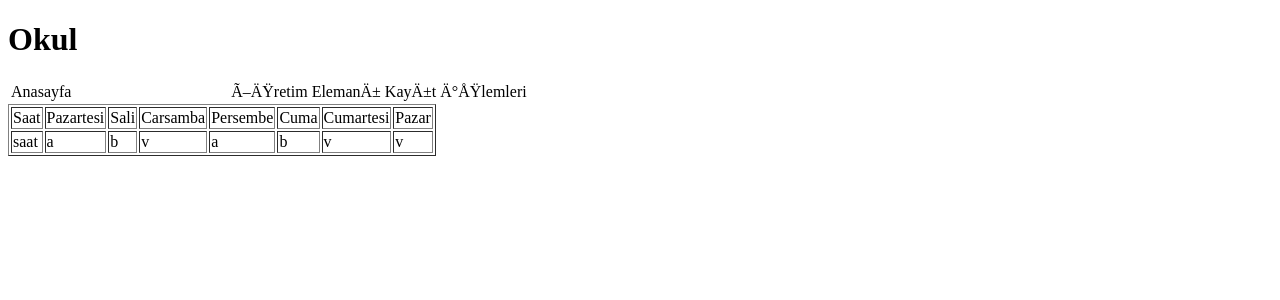
Repository: Egemen-ve-Burakhan-internet-final/final
Page: http://localhost/ogretim/
These files come from the project's save history. The page is drawn as it stood at one moment and after the next save; the edit follows.
The browser window is 1280 px wide. The pictures show the whole page.
The page is served by Tomcat 9.

Above is the page before, as saved 2020-05-25 13:52:40.

After the next save:
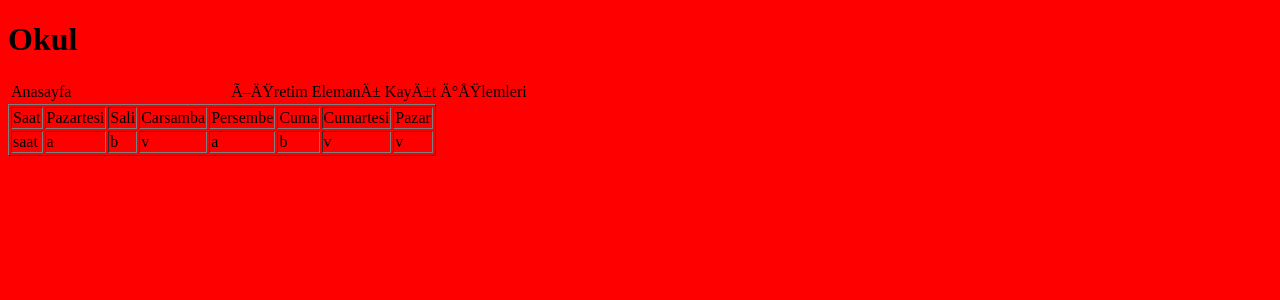
Saved 11 s later.
--- a/okul/ogretim/WebContent/index.jsp
+++ b/okul/ogretim/WebContent/index.jsp
@@ -6,7 +6,7 @@
 <meta charset="ISO-8859-1">
 <title>Insert title here</title>
 </head>
-<body>
+<body bgcolor="red">
 	<div>
 		<div>
 			<h1>Okul</h1>

After the save that followed:
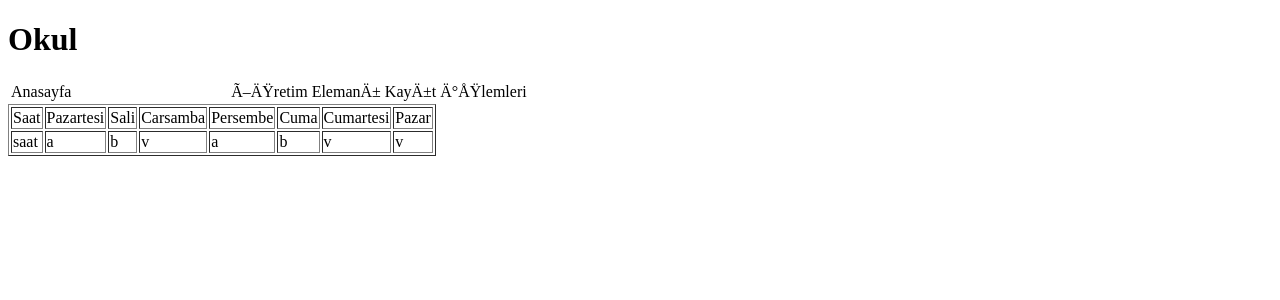
Saved 7 s later.
--- a/okul/ogretim/WebContent/index.jsp
+++ b/okul/ogretim/WebContent/index.jsp
@@ -6,7 +6,7 @@
 <meta charset="ISO-8859-1">
 <title>Insert title here</title>
 </head>
-<body bgcolor="red">
+<body>
 	<div>
 		<div>
 			<h1>Okul</h1>
